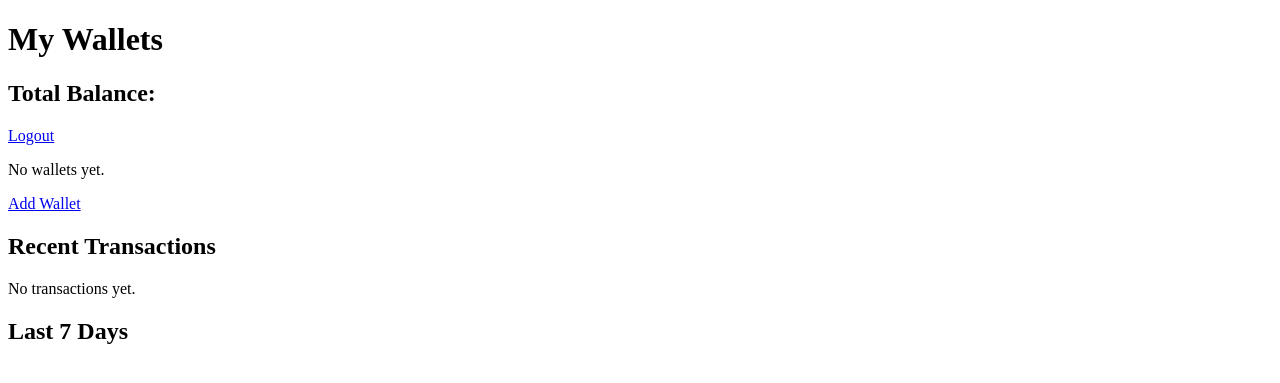
Repository: adtm0/Fined
Page: tracker/templates/tracker/base.html
An editor plug-in stored every save of this project. The page is shown before and after the next save, followed by the edit.
The browser window is 1280 px wide. The pictures show the whole page.
The template is drawn by Django 4.2. The application's start-up code is not run. Other server files are loaded and not shown. The template is opened directly, without the code that normally fills it, so the values that code supplies are empty.

Above is the page before, as saved 2026-04-28 19:58:35.
Console error: SyntaxError: Unexpected token ','

### tracker/templates/tracker/base.html
<!DOCTYPE html>
<html>
  <head>
    <title>Fined</title>
    <link href="https://cdn.jsdelivr.net/npm/bootstrap@5.3.0/dist/css/bootstrap.min.css" rel></link>
  </head>
  <body>
    <h1>My Wallets</h1>
    <h2>Total Balance: {{ total_balance}}</h2>

    <a href="/logout/">Logout</a>

    {% if wallets %}
      {% for wallet in wallets %}
        <p><a href="/wallet/{{ wallet.id }}/">{{ wallet.name }}</a> - {{ wallet.balance }}</p>
        <a href="/wallet/{{ wallet.id }}/add-transaction/">Add Transaction</a>
        <a href="/wallet/{{ wallet.id }}/edit/">Edit</a>
        <a href="/wallet/{{ wallet.id }}/delete/">Delete</a>
      {% endfor %}
    {% else %}
      <p>No wallets yet.</p>
    {% endif %}

    <a href="/wallet/add/">Add Wallet</a>

      <h2>Recent Transactions</h2>
      {% if recent_transactions %}
        {% for t in recent_transactions %}
          <p>{{ t.date }} - {{ t.wallet.name}} - {{ t.type }} - {{ t.amount }} - {{ t.description }}</p>
        {% endfor %}
      {% else %}
        <p>No transactions yet.</p>
      {% endif %}

    <h2>Last 7 Days</h2>
    <canvas id="chart" width="400" height="200">Canvas</canvas>
    <script src="https://cdn.jsdelivr.net/npm/chart.js"></script>
    <script>
      const ctx = document.getElementById('chart').getContext('2d');
      new Chart(ctx, {
        type: 'bar',
        data: {
          labels: {{ chart_labels|safe }},
          datasets: [
            {
              label:'Income',
              data: {{ chart_income|safe }},
              backgroundColor: 'green',
            },
            {
              label: 'Expense',
              data: {{ chart_expense|safe }},
              backgroundColor: 'red'
            }
          ]
        }
      });
    </script>
  </body>
</html>

After the next save:
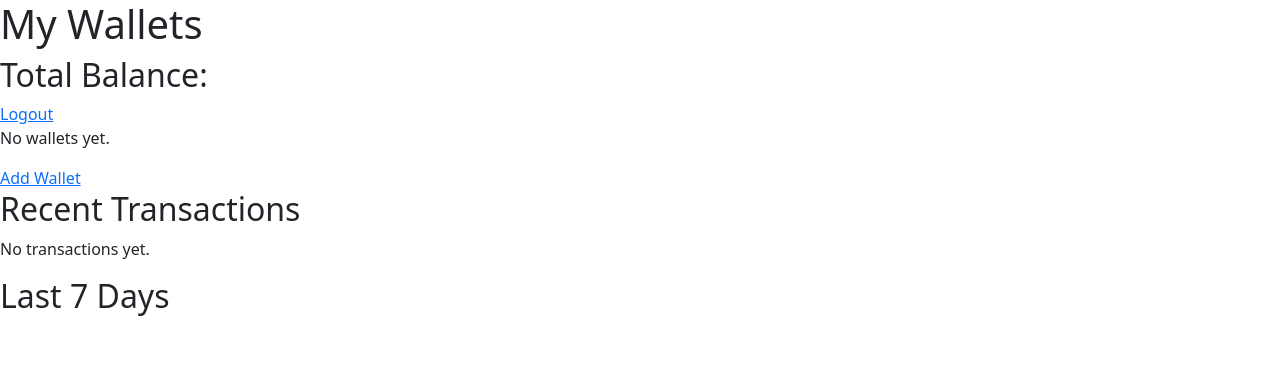
Saved 6 s later.
--- a/tracker/templates/tracker/base.html
+++ b/tracker/templates/tracker/base.html
@@ -2,7 +2,7 @@
 <html>
   <head>
     <title>Fined</title>
-    <link href="https://cdn.jsdelivr.net/npm/bootstrap@5.3.0/dist/css/bootstrap.min.css" rel></link>
+    <link href="https://cdn.jsdelivr.net/npm/bootstrap@5.3.0/dist/css/bootstrap.min.css" rel="stylesheet"></link>
   </head>
   <body>
     <h1>My Wallets</h1>
